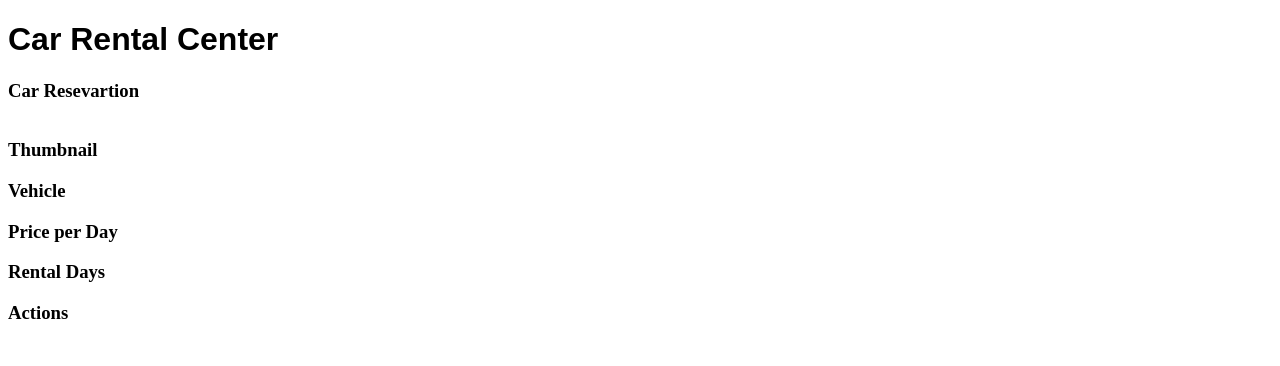
Repository: michtnt/POI-Hertz
Page: cart.html
The author's editor kept a record of every edit. The page is drawn from the files as they stood at one moment, then again after the next edit.
The browser window is 1280 px wide. The pictures show the whole page.

Above is the page before.
Console error: TypeError: Cannot read properties of null (reading 'length')

After the next edit:
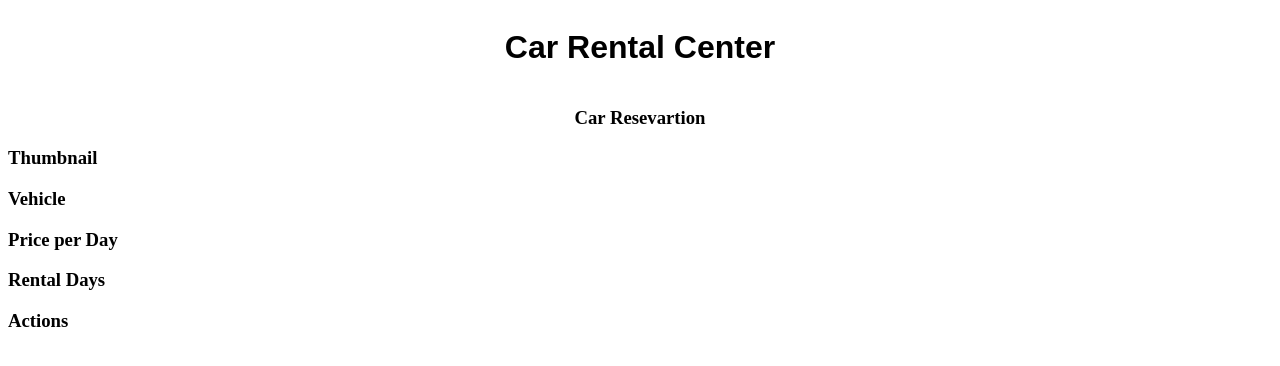
The edit:
--- a/index.css
+++ b/index.css
@@ -53,7 +53,7 @@
   box-shadow: 0 14px 28px rgba(0,0,0,0.25), 0 10px 10px rgba(0,0,0,0.22);
 }
 
-.title {
-  display: inline-block;
+.center {
+  display: flex;
   justify-content: center;
 }
